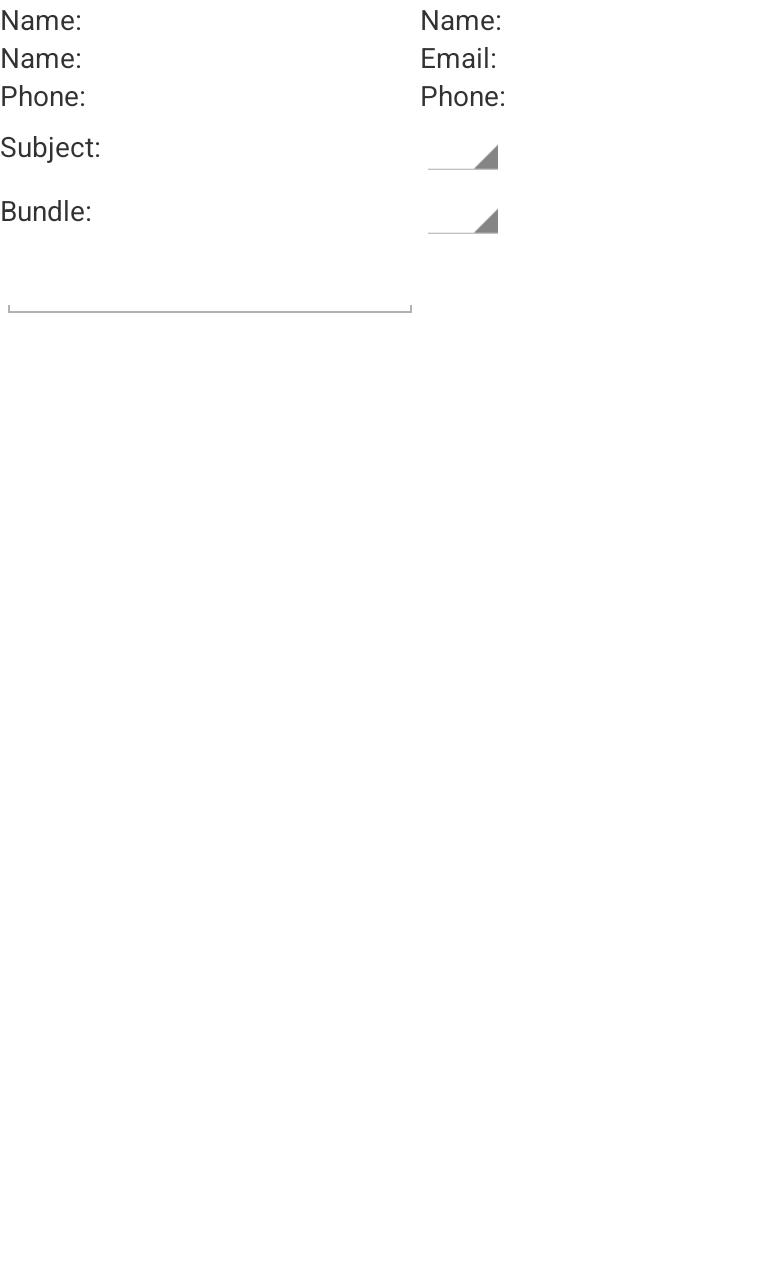
Repository: Pradeep-appstute/First
Layout: Control/res/layout/fragment_submit.xml
The author's editor kept a copy of each file at every save. The layout is drawn from the files as they stood at one save, then again after the next save.
It is drawn on a 768 x 1280 px phone screen (xhdpi) without system bars, with theme AppTheme; the app's code is not run.

Above is the layout before, as saved 2014-02-24 11:20:22.

After the next save:
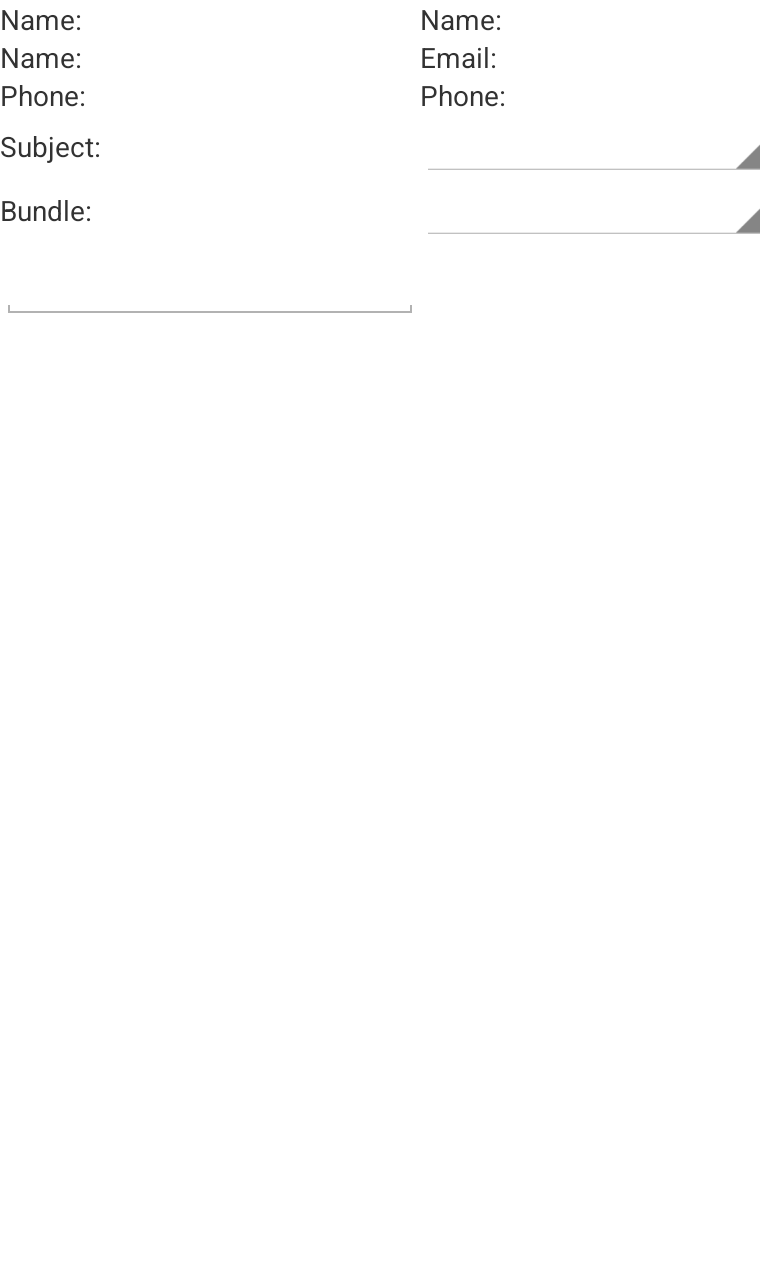
Saved 26 s later.
--- a/Control/res/layout/fragment_submit.xml
+++ b/Control/res/layout/fragment_submit.xml
@@ -1,7 +1,10 @@
 <?xml version="1.0" encoding="utf-8"?>
 <TableLayout xmlns:android="http://schemas.android.com/apk/res/android"
     android:layout_width="match_parent"
-    android:layout_height="match_parent" >
+    android:layout_height="match_parent"
+    android:shrinkColumns="1"
+    android:stretchColumns="1"
+    >
 
     <TableRow
         android:layout_width="match_parent"

After the save that followed:
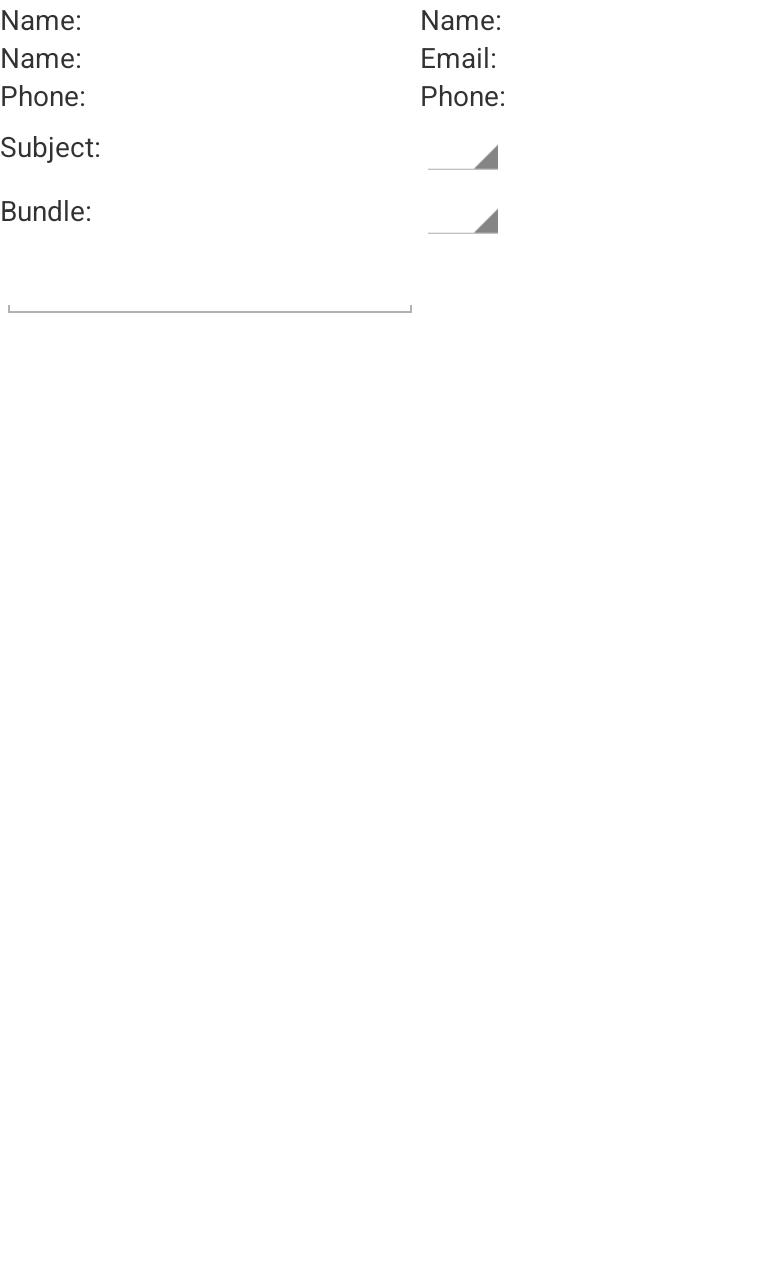
Saved 12 s later.
--- a/Control/res/layout/fragment_submit.xml
+++ b/Control/res/layout/fragment_submit.xml
@@ -2,8 +2,8 @@
 <TableLayout xmlns:android="http://schemas.android.com/apk/res/android"
     android:layout_width="match_parent"
     android:layout_height="match_parent"
-    android:shrinkColumns="1"
-    android:stretchColumns="1"
+    android:shrinkColumns="2"
+    android:stretchColumns="2"
     >
 
     <TableRow
